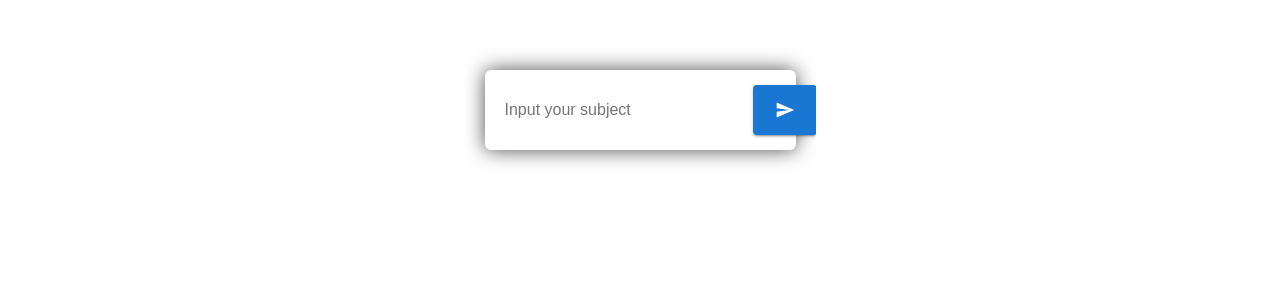
Repository: thienv29/todolist
Page: /
An editor plug-in stored every save of this project. The page is shown before and after a run of saves, followed by the edit.
The browser window is 1280 px wide. The pictures show the whole page.
The project was rebuilt for these pictures with package versions that can differ from the ones it lists, and the page was loaded fresh each time. Also part of the build but not shown: src/components/TodoEditing.js, src/components/Todo.js.

Above is the page before, as saved 2021-10-22 17:16:44.

After the next 5 saves:
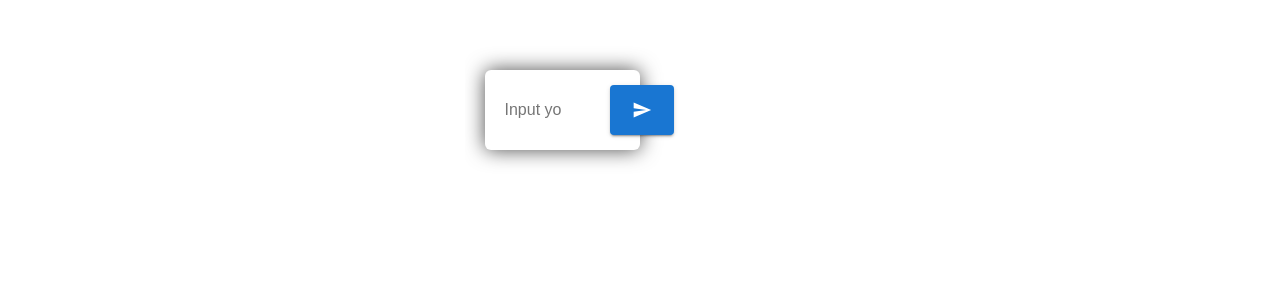
The 5 saves are shown as one change because 1 did not build or start and some came seconds apart.
The last was saved 6 min 13 s later.
--- a/src/components/Input.js
+++ b/src/components/Input.js
@@ -28,7 +28,7 @@
     };
 
     return (
-        <Grid className="inputTodo">
+        <Grid className="inputTodo" lg={6}>
             <Grid item className='inputdiv' xs={6}>
                 <input
                     type="text"

After the save that followed:
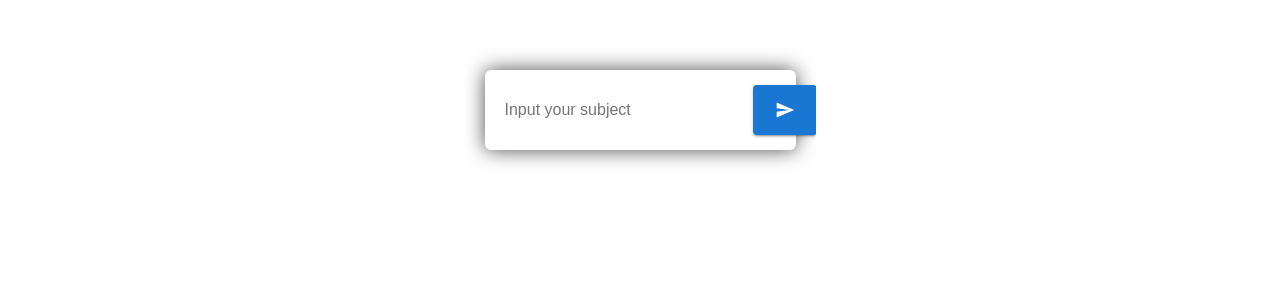
Saved 19 s later.
--- a/src/components/Input.js
+++ b/src/components/Input.js
@@ -28,7 +28,7 @@
     };
 
     return (
-        <Grid className="inputTodo" lg={6}>
+        <Grid className="inputTodo" lg={12}>
             <Grid item className='inputdiv' xs={6}>
                 <input
                     type="text"
